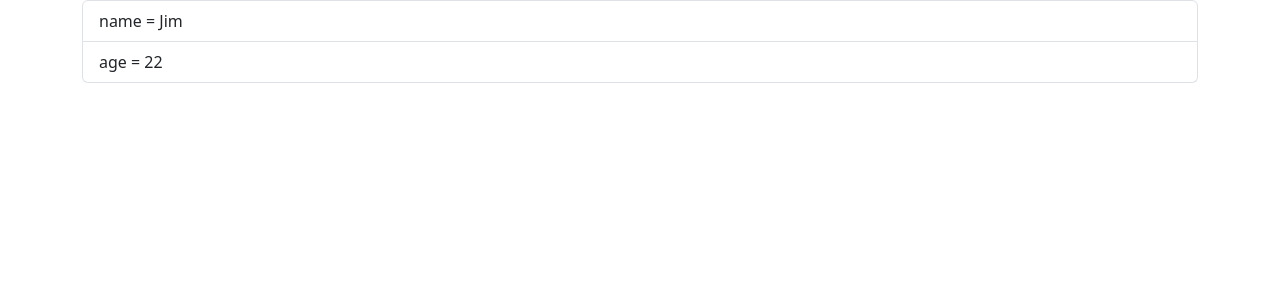
Repository: tomaters/servlets-JSP
Page: http://localhost/jsptest/implicit/appex.jsp
An editor plug-in stored every save of this project. The page is shown before and after the next save, followed by the edit.
The browser window is 1280 px wide. The pictures show the whole page.
The page is served by Tomcat 10. Other server files are loaded and not shown.

Above is the page before, as saved 2023-12-01 02:36:37.

### jsptest/src/main/webapp/implicit/appex.jsp
<%@page import="java.util.Enumeration"%>
<%@ page language="java" contentType="text/html; charset=UTF-8"
    pageEncoding="UTF-8"%>
<%
	// retrieve context data
	Enumeration<String> enumerationDataList = application.getInitParameterNames();

%>
<!DOCTYPE html>
<html>
<head>
<meta charset="UTF-8">
<title>retreive parameter data</title>
<!-- Bootstrap: Latest compiled and minified CSS -->
<link href="https://cdn.jsdelivr.net/npm/bootstrap@5.3.2/dist/css/bootstrap.min.css" rel="stylesheet">
<!-- Bootstrap: Latest compiled JavaScript -->
<script src="https://cdn.jsdelivr.net/npm/bootstrap@5.3.2/dist/js/bootstrap.bundle.min.js"></script>
</head>
<body>
<div class="container">
	<ul class="list-group">
		<%
		while(enumerationDataList.hasMoreElements()) {
			String parameterName = enumerationDataList.nextElement();
			String parameterValue = application.getInitParameter(parameterName);
		%>
		<li class="list-group-item">
			<%= parameterName %> = <%= parameterValue %>
		</li>
		<% } %>
	</ul>
</div>
</body>
</html>

After the next save:
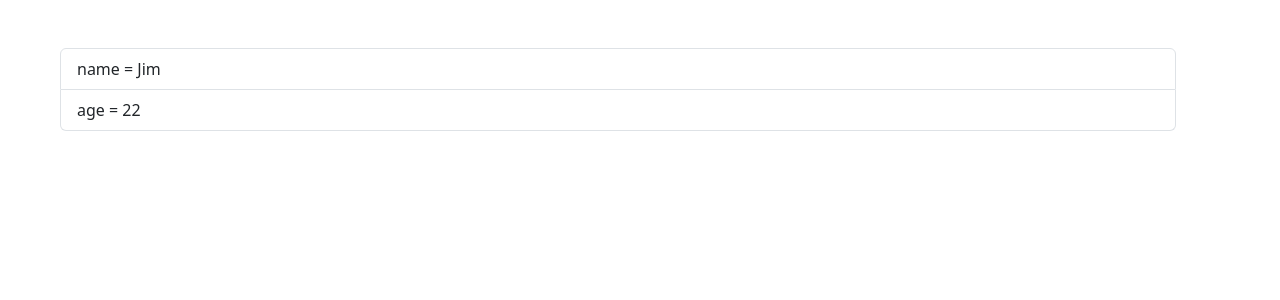
Saved 7 s later.
--- a/jsptest/src/main/webapp/implicit/appex.jsp
+++ b/jsptest/src/main/webapp/implicit/appex.jsp
@@ -17,7 +17,7 @@
 <script src="https://cdn.jsdelivr.net/npm/bootstrap@5.3.2/dist/js/bootstrap.bundle.min.js"></script>
 </head>
 <body>
-<div class="container">
+<div class="container m-5">
 	<ul class="list-group">
 		<%
 		while(enumerationDataList.hasMoreElements()) {
